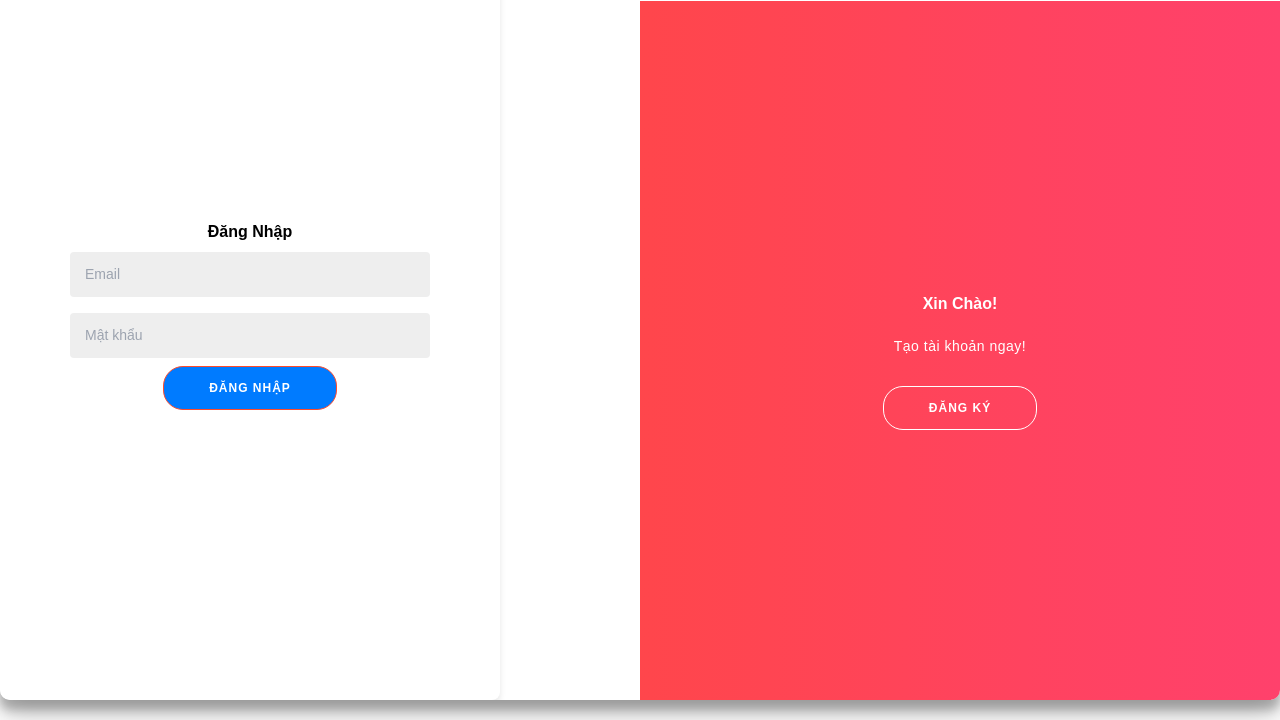
Repository: BlackWolf2002/project_airbn_react
Page: /login
These files come from the project's save history. The page is drawn as it stood at one moment and after the next save; the edit follows.
The browser window is 1280 px wide. The pictures show the whole page.
The project was rebuilt for these pictures with package versions that can differ from the ones it lists, and the page was loaded fresh each time. Also part of the build but not shown: vite.config.js, src/api/apiService.js, src/style/Home.css, src/components/Navbar.jsx, src/style/Footer.css, src/components/Footer.jsx, src/components/Home.jsx, src/style/Admin.css and 18 more.

Above is the page before, as saved 2025-02-16 19:28:19.

### src/App.jsx
import React from "react";
import {
    BrowserRouter as Router,
    Route,
    Routes,
    Navigate,
} from "react-router-dom";
import { AuthProvider } from "./contexts/AuthContext";
import Home from "./components/Home";
import Login from "./pages/Login";
import AdminPage from "./pages/AdminPage";
import AdminRoute from "./routes/AdminRoute";
import RoomManagement from "./pages/RoomManagement";
import ViTri from "./pages/ViTri";
import BookingManagement from "./pages/BookingManagement";

function App() {
    return (
        <AuthProvider>
            <Router>
                <Routes>
                    <Route path="/" element={<Home />} />
                    <Route path="/login" element={<Login />} />
                    <Route path="/register" element={<Login />} />

                    {/* Nếu vào /admin, tự động chuyển hướng đến /admin/users */}
                    <Route
                        path="/admin"
                        element={<Navigate to="/admin/users" />}
                    />

                    {/* Route cho trang Admin */}
                    <Route
                        path="/admin/users"
                        element={
                            <AdminRoute>
                                <AdminPage />
                            </AdminRoute>
                        }
                    />

                    {/* Route cho quản lý Room */}
                    <Route
                        path="/admin/rooms"
                        element={
                            <AdminRoute>
                                <RoomManagement />
                            </AdminRoute>
                        }
                    />

                    {/* Route cho quản lý Vị Trí*/}
                    <Route
                        path="/admin/locations"
                        element={
                            <AdminRoute>
                                <ViTri />
                            </AdminRoute>
                        }
                    />

                    {/* Route cho quản lý Booking*/}
                    <Route
                        path="/admin/bookings"
                        element={
                            <AdminRoute>
                                <BookingManagement />
                            </AdminRoute>
                        }
                    />
                </Routes>
            </Router>
        </AuthProvider>
    );
}

export default App;

### src/contexts/AuthContext.jsx
import React, { createContext, useState, useEffect } from "react";

export const AuthContext = createContext();

export const AuthProvider = ({ children }) => {
    const [user, setUser] = useState(null);

    useEffect(() => {
        const storedUser = localStorage.getItem("user");
        if (storedUser) {
            setUser(JSON.parse(storedUser));
        }
    }, []);

    const loginUser = (userData) => {
        setUser(userData);
        localStorage.setItem("user", JSON.stringify(userData));
    };

    const logout = () => {
        setUser(null);
        localStorage.removeItem("user");
        localStorage.removeItem("token");
    };

    return (
        <AuthContext.Provider value={{ user, loginUser, logout }}>
            {children}
        </AuthContext.Provider>
    );
};

### src/pages/Login.jsx
import React, { useState, useContext } from "react";
import { AuthContext } from "../contexts/AuthContext";
import { login, register } from "../api/authService";
import { useNavigate } from "react-router-dom";
import "../style/Login.css";

const Login = () => {
    const { loginUser } = useContext(AuthContext);
    const navigate = useNavigate();
    const [formData, setFormData] = useState({ email: "", password: "" });
    const [isLogin, setIsLogin] = useState(true);
    const [message, setMessage] = useState("");

    const handleChange = (e) => {
        setFormData({ ...formData, [e.target.name]: e.target.value });
    };

    const handleSubmit = async (e) => {
        e.preventDefault();
        try {
            if (isLogin) {
                const data = await login(formData.email, formData.password);
                if (!data || !data.user) {
                    setMessage("Email hoặc mật khẩu không đúng!");
                    return;
                }
                loginUser(data.user);
                localStorage.setItem("token", data.token);
                localStorage.setItem("user", JSON.stringify(data.user));
                if (data.user.role === "ADMIN") {
                    navigate("/admin");
                } else {
                    navigate("/");
                }
            } else {
                await register(formData);
                setMessage("Đăng ký thành công! Hãy đăng nhập.");
                setIsLogin(true);
            }
        } catch (error) {
            setMessage("Có lỗi xảy ra! Vui lòng thử lại.");
        }
    };

    return (
        <div
            className={`container-login ${
                !isLogin ? "right-panel-active" : ""
            }`}
        >
            <div className="form-container sign-in-container">
                <form onSubmit={handleSubmit}>
                    <h1>Đăng Nhập</h1>
                    <input
                        type="email"
                        name="email"
                        placeholder="Email"
                        onChange={handleChange}
                        required
                    />
                    <input
                        type="password"
                        name="password"
                        placeholder="Mật khẩu"
                        onChange={handleChange}
                        required
                    />
                    <button type="submit">Đăng Nhập</button>
                    <p className="message">{message}</p>
                </form>
            </div>
            <div className="form-container sign-up-container">
                <form onSubmit={handleSubmit}>
                    <h1>Đăng Ký</h1>
                    <input
                        type="text"
                        name="name"
                        placeholder="Tên"
                        onChange={handleChange}
                        required
                    />
                    <input
                        type="email"
                        name="email"
                        placeholder="Email"
                        onChange={handleChange}
                        required
                    />
                    <input
                        type="password"
                        name="password"
                        placeholder="Mật khẩu"
                        onChange={handleChange}
                        required
                    />
                    <button type="submit">Đăng Ký</button>
                    <p className="message">{message}</p>
                </form>
            </div>
            <div className="overlay-container">
                <div className="overlay">
                    <div className="overlay-panel overlay-left">
                        <h1>Chào Mừng Trở Lại!</h1>
                        <p>Để tiếp tục, hãy đăng nhập</p>
                        <button
                            className="ghost"
                            onClick={() => setIsLogin(true)}
                        >
                            Đăng Nhập
                        </button>
                    </div>
                    <div className="overlay-panel overlay-right">
                        <h1>Xin Chào!</h1>
                        <p>Tạo tài khoản ngay!</p>
                        <button
                            className="ghost"
                            onClick={() => setIsLogin(false)}
                        >
                            Đăng Ký
                        </button>
                    </div>
                </div>
            </div>
        </div>
    );
};

export default Login;

### src/api/authService.js
import axios from "axios";

const API_URL = "https://airbnbnew.cybersoft.edu.vn/api/auth";
const TOKEN_CYBERSOFT =
    "eyJhbGciOiJIUzI1NiIsInR5cCI6IkpXVCJ9.eyJ0ZW5Mb3AiOiJOb2RlanMgNDgiLCJIZXRIYW5TdHJpbmciOiIxNi8wOC8yMDI1IiwiSGV0SGFuVGltZSI6IjE3NTUzMDI0MDAwMDAiLCJuYmYiOjE3MzU5MjM2MDAsImV4cCI6MTc1NTQ1MDAwMH0.qhz1imNFTn5VsERO5GZAfbkm944w0Vguuy5WQFo_d0Y";

// Hàm đăng nhập
export const login = async (email, password) => {
    try {
        const response = await fetch("https://your-api-url.com/login", {
            method: "POST",
            headers: {
                "Content-Type": "application/json",
            },
            body: JSON.stringify({ email, password }),
        });

        if (!response.ok) {
            throw new Error("Lỗi đăng nhập! Vui lòng kiểm tra lại.");
        }

        const data = await response.json();
        return data;
    } catch (error) {
        console.error("Lỗi trong quá trình đăng nhập:", error);
        return null;
    }
};

// Hàm đăng ký
export const register = async (userData) => {
    try {
        const response = await axios.post(`${API_URL}/signup`, userData, {
            headers: {
                "Content-Type": "application/json",
                TokenCybersoft: TOKEN_CYBERSOFT,
            },
        });

        return response.data;
    } catch (error) {
        console.error("Lỗi đăng ký:", error);
        throw error.response ? error.response.data : error;
    }
};

### src/style/Login.css
.container-login {
    background-color: #fff;
    border-radius: 10px;
    box-shadow: 0 14px 28px rgba(0, 0, 0, 0.25), 0 10px 10px rgba(0, 0, 0, 0.22);
    position: relative;
    overflow: hidden;
    max-width: 100%;
    min-height: 480px;
    font-family: "Montserrat", sans-serif;
    height: 100vh;
    margin: -20px 0;
}

.container-login h1 {
    font-weight: bold;
    margin: 0;
}

.container-login h2 {
    text-align: center;
}

.container-login p {
    font-size: 14px;
    font-weight: 100;
    line-height: 20px;
    letter-spacing: 0.5px;
    margin: 20px 0 30px;
}

.container-login span {
    font-size: 12px;
}

.container-login a {
    color: #333;
    font-size: 14px;
    text-decoration: none;
    margin: 15px 0;
}

.container-login button {
    border-radius: 20px;
    border: 1px solid #ff4b2b;
    background-color: #ff4b2b;
    color: #ffffff;
    font-size: 12px;
    font-weight: bold;
    padding: 12px 45px;
    letter-spacing: 1px;
    text-transform: uppercase;
    transition: transform 80ms ease-in;
}

.container-login button:active {
    transform: scale(0.95);
}

.container-login button:focus {
    outline: none;
}

.container-login button.ghost {
    background-color: transparent;
    border-color: #ffffff;
}

.container-login form {
    background-color: #ffffff;
    display: flex;
    align-items: center;
    justify-content: center;
    flex-direction: column;
    padding: 0 50px;
    height: 100%;
    text-align: center;
}

.container-login input {
    background-color: #eee;
    border: none;
    padding: 12px 15px;
    margin: 8px 0;
    width: 100%;
}

.container-login .form-container {
    position: absolute;
    top: 0;
    height: 100%;
    transition: all 0.6s ease-in-out;
}

.sign-in-container {
    left: 0;
    width: 50%;
    z-index: 2;
}

.container-login.right-panel-active .sign-in-container {
    transform: translateX(100%);
}

.sign-up-container {
    left: 0;
    width: 50%;
    opacity: 0;
}

.container-login.right-panel-active .sign-up-container {
    transform: translateX(100%);
    opacity: 1;
    z-index: 5;
    animation: show 0.6s;
}

@keyframes show {
    0%,
    49.99% {
        opacity: 0;
        z-index: 1;
    }

    50%,
    100% {
        opacity: 1;
        z-index: 5;
    }
}

.overlay-container {
    position: absolute;
    top: 21px;
    left: 50%;
    width: 50%;
    height: 100%;
    overflow: hidden;
    transition: transform 0.6s ease-in-out;
    z-index: 100;
}

.container-login.right-panel-active .overlay-container {
    transform: translateX(-100%);
}

.overlay {
    background: #ff416c;
    background: -webkit-linear-gradient(to right, #ff4b2b, #ff416c);
    background: linear-gradient(to right, #ff4b2b, #ff416c);
    background-repeat: no-repeat;
    background-size: cover;
    background-position: 0 0;
    color: #ffffff;
    position: relative;
    left: -100%;
    height: 100%;
    width: 200%;
    transform: translateX(0);
    transition: transform 0.6s ease-in-out;
}

.container-login.right-panel-active .overlay {
    transform: translateX(50%);
}

.overlay-panel {
    position: absolute;
    display: flex;
    align-items: center;
    justify-content: center;
    flex-direction: column;
    padding: 0 40px;
    text-align: center;
    top: 0;
    height: 100%;
    width: 50%;
    transform: translateX(0);
    transition: transform 0.6s ease-in-out;
}

.overlay-left {
    transform: translateX(-20%);
}

.container-login.right-panel-active .overlay-left {
    transform: translateX(0);
}

.overlay-right {
    right: 0;
    transform: translateX(0);
}

.container-login.right-panel-active .overlay-right {
    transform: translateX(20%);
}

.container-login .social-container {
    margin: 20px 0;
}

.container-login .social-container a {
    border: 1px solid #dddddd;
    border-radius: 50%;
    display: inline-flex;
    justify-content: center;
    align-items: center;
    margin: 0 5px;
    height: 40px;
    width: 40px;
}

### src/style/RoomForm.css
.form-overlay {
    position: fixed;
    top: 0;
    left: 0;
    width: 100%;
    height: 100%;
    background: rgba(0, 0, 0, 0.5);
    display: flex;
    justify-content: center;
    align-items: center;
    z-index: 1000;
}

.form-container {
    background: #fff;
    border-radius: 8px;
    width: 500px;
    max-width: 90%;
    padding: 20px;
    box-shadow: 0 4px 6px rgba(0, 0, 0, 0.1);
    animation: fadeIn 0.3s ease-in-out;
}

@keyframes fadeIn {
    from {
        opacity: 0;
        transform: translateY(-20px);
    }
    to {
        opacity: 1;
        transform: translateY(0);
    }
}

h2 {
    margin-bottom: 20px;
    font-size: 20px;
    font-weight: bold;
    color: #333;
    text-align: center;
}

form label {
    display: block;
    font-weight: bold;
    margin-bottom: 5px;
    color: #555;
}

form input,
form select,
form textarea {
    width: 100%;
    padding: 8px 10px;
    margin-bottom: 15px;
    border: 1px solid #ddd;
    border-radius: 4px;
    font-size: 14px;
}

form input[type="file"] {
    border: none;
}

form textarea {
    resize: none;
    height: 80px;
}

form .checkbox-group {
    display: grid;
    grid-template-columns: repeat(2, 1fr);
    gap: 10px;
    margin-bottom: 15px;
}

form .checkbox-group label {
    display: flex;
    align-items: center;
    font-size: 14px;
    gap: 5px;
    font-weight: normal;
}

.form-actions {
    display: flex;
    justify-content: space-between;
    margin-top: 20px;
}

form button {
    padding: 10px 20px;
    font-size: 14px;
    border: none;
    border-radius: 4px;
    cursor: pointer;
    transition: background 0.3s;
}

form button[type="submit"] {
    background: #007bff;
    color: white;
}

form button[type="button"] {
    background: #e0e0e0;
    color: #555;
}

form button[type="submit"]:hover {
    background: #0056b3;
}

form button[type="button"]:hover {
    background: #d6d6d6;
}

### tailwind.config.js
/** @type {import('tailwindcss').Config} */
export default {
  content: ["./src/**/*.{js,jsx,ts,tsx}"],
  theme: {
      extend: {},
  },
  plugins: [],
};

Loaded but not shown: index.html (common file); src/main.jsx (common file); src/index.css (common file)

After the next save:
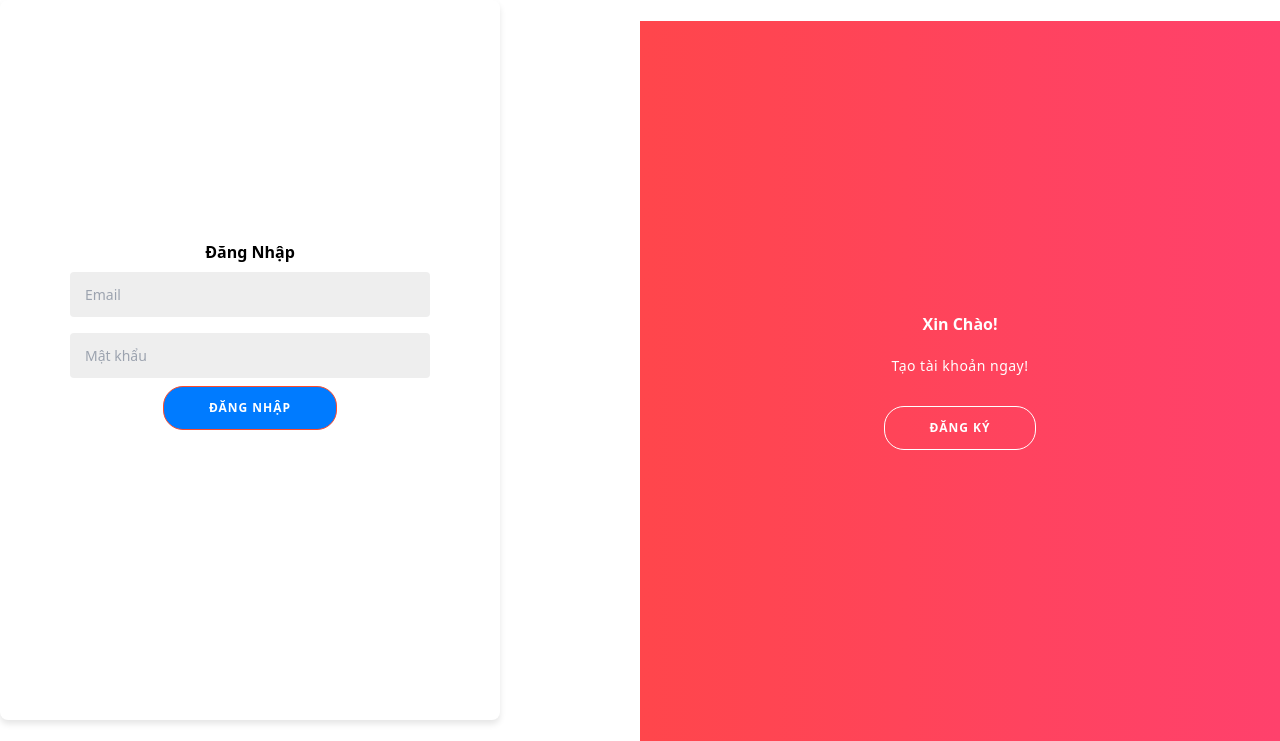
Saved 53 s later.
--- a/src/style/Login.css
+++ b/src/style/Login.css
@@ -1,14 +1,13 @@
 .container-login {
-    background-color: #fff;
-    border-radius: 10px;
-    box-shadow: 0 14px 28px rgba(0, 0, 0, 0.25), 0 10px 10px rgba(0, 0, 0, 0.22);
-    position: relative;
-    overflow: hidden;
-    max-width: 100%;
-    min-height: 480px;
-    font-family: "Montserrat", sans-serif;
+    display: flex;
+    justify-content: center;
+    align-items: center;
+    position: absolute;
+    top: 50%;
+    left: 50%;
+    transform: translate(-50%, -50%);
+    width: 100%;
     height: 100vh;
-    margin: -20px 0;
 }
 
 .container-login h1 {

After the save that followed:
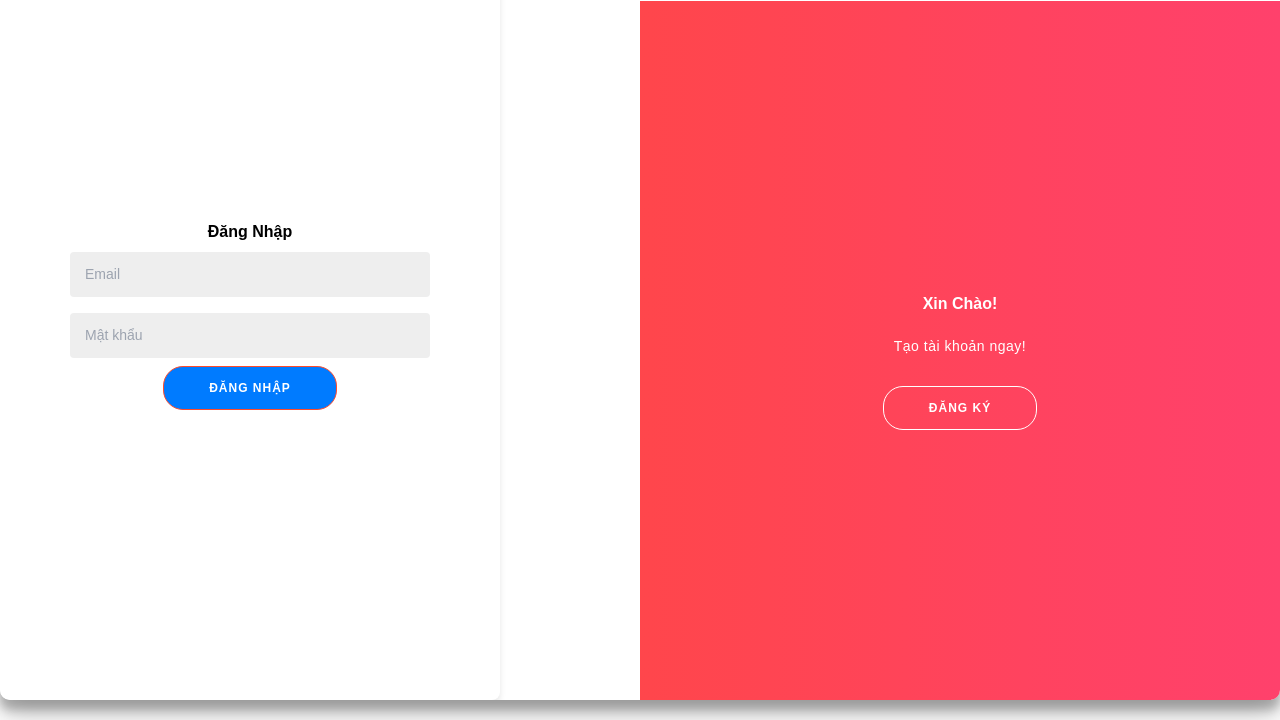
Saved 17 s later.
--- a/src/style/Login.css
+++ b/src/style/Login.css
@@ -1,13 +1,14 @@
 .container-login {
-    display: flex;
-    justify-content: center;
-    align-items: center;
-    position: absolute;
-    top: 50%;
-    left: 50%;
-    transform: translate(-50%, -50%);
-    width: 100%;
+    background-color: #fff;
+    border-radius: 10px;
+    box-shadow: 0 14px 28px rgba(0, 0, 0, 0.25), 0 10px 10px rgba(0, 0, 0, 0.22);
+    position: relative;
+    overflow: hidden;
+    max-width: 100%;
+    min-height: 480px;
+    font-family: "Montserrat", sans-serif;
     height: 100vh;
+    margin: -20px 0;
 }
 
 .container-login h1 {
